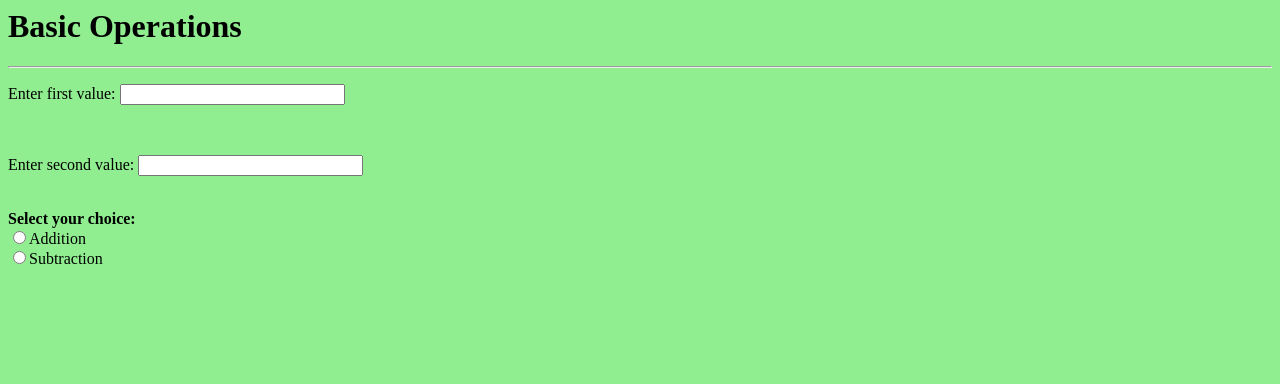
Repository: AshishBytes/lab
Page: http://localhost/13_-_EJBCalculator/Form.jsp
These files come from the project's save history. The page is drawn as it stood at one moment and after the next save; the edit follows.
The browser window is 1280 px wide. The pictures show the whole page.
The page is served by Tomcat 9. Nobody is signed in. The application's start-up code is not run.

Above is the page before, as saved 2024-12-26 19:16:31.

After the next save:
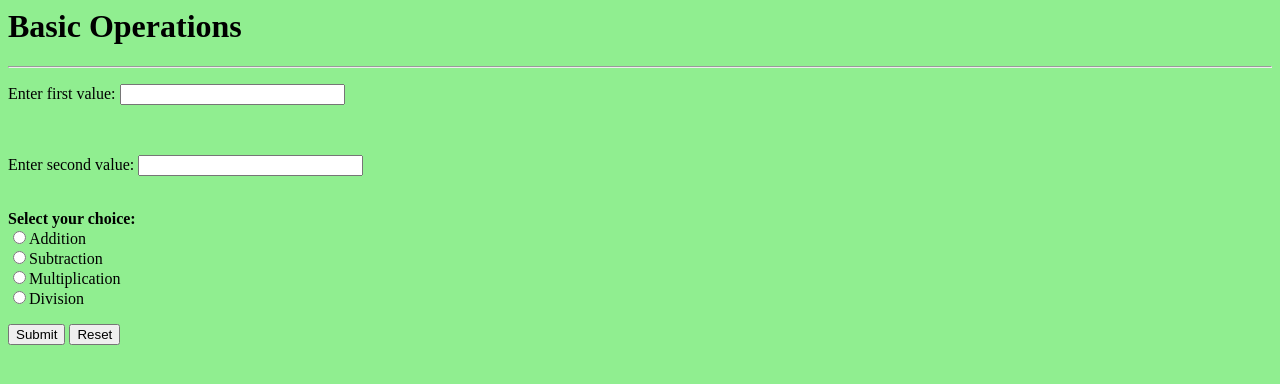
Saved 19 s later.
--- a/java/eclipse-workspace-lab/13 - EJBCalculator/src/main/webapp/Form.jsp
+++ b/java/eclipse-workspace-lab/13 - EJBCalculator/src/main/webapp/Form.jsp
@@ -1,17 +1,27 @@
 <html>
-<head>
-    <title>Calculator</title>
-</head>
-<body bgcolor="lightgreen">
-    <h1>Basic Operations</h1>
-    <hr>
-    <form action="Result.jsp" method="POST">
-        <p>Enter first value:
-            <input type="text" name="num1" size="25"></p>
-        <br>
-        <p>Enter second value:
-            <input type="text" name="num2" size="25"></p>
-        <br>
-        <b>Select your choice:</b><br>
-        <input type="radio" name="group1" value="add">Addition<br>
-        <input type="radio" name="group1" value="sub">Subtraction
+    <head>
+        <title>Calculator</title>
+    </head>
+    <body bgcolor="lightgreen">
+        <h1>Basic Operations</h1>
+        <hr>
+        <form action="Result.jsp" method="POST">
+            <p>Enter first value:
+                <input type="text" name="num1" size="25"></p>
+            <br>
+            <p>Enter second value:
+                <input type="text" name="num2" size="25"></p>
+            <br>
+            <b>Select your choice:</b><br>
+            <input type="radio" name="group1" value ="add">Addition<br>
+            <input type="radio" name="group1" value ="sub">Subtraction<br>
+            <input type="radio" name="group1" value ="multi">Multiplication<br>
+            <input type="radio" name="group1" value ="div">Division<br>
+            <p>
+                <input type="submit" value="Submit">
+                <input type="reset" value="Reset">
+           </p>
+        </form>
+    </body>
+</html>
+</form>
